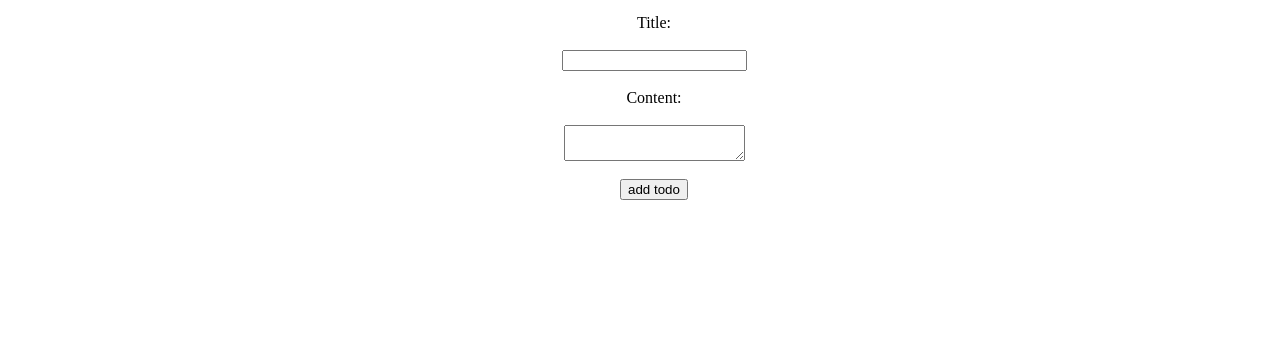
Repository: gabe126679/todo-list
Page: index.html
An editor plug-in stored every save of this project. The page is shown before and after the next save, followed by the edit.
The browser window is 1280 px wide. The page is 1288 px wide, so the pictures cover 1288 px, including what lies to the right of the window. The pictures show the whole page.

Above is the page before, as saved 2022-03-15 15:43:54.

### index.html
<html>
    <body>
        <div class="container">
            <form id="todo-form">
                <label for="title"> Title: </label>
                    <br>
                    <br>
                <input id="title">
                    <br>
                    <br>
                <label for="content"> Content: </label>
                    <br>
                    <br>
                <textarea id="content">

                </textarea>
                    <br>
                    <br>
                <button type="submit"> add todo
                </button>
            </form>
        </div>
    </body>
    <style>
        .container {
            margin: 12px;
            padding: 2px;
            text-align: center;
            position: relatve;

            width: 100%;
        }
    </style>
</html>

After the next save:
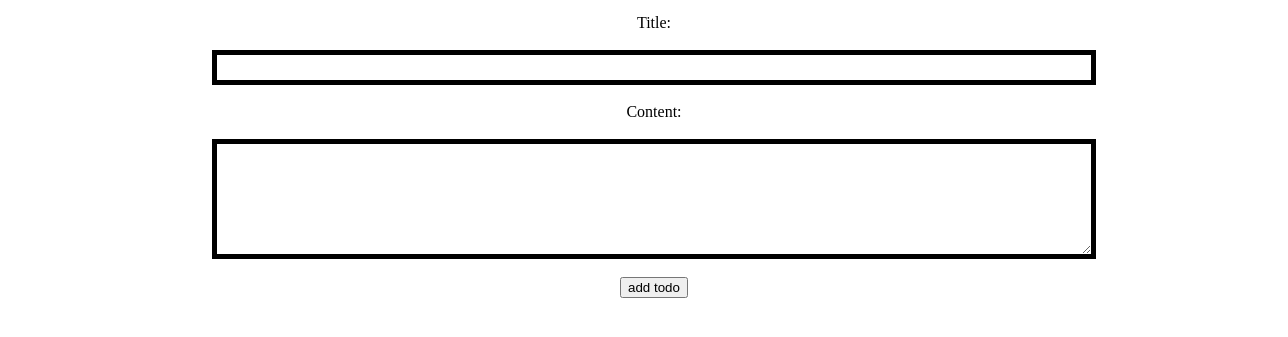
Saved 20 s later.
--- a/index.html
+++ b/index.html
@@ -27,8 +27,20 @@
             padding: 2px;
             text-align: center;
             position: relatve;
-
             width: 100%;
+        }
+        #title {
+            width: 70%;
+            border: 5px solid #000;
+            padding: 5px;
+            text-align: center;
+        }
+        #content {
+            width: 70%;
+            height: 120px;
+            border: 5px solid #000;
+            padding: 5px;
+            text-align: center;
         }
     </style>
 </html>

After the save that followed:
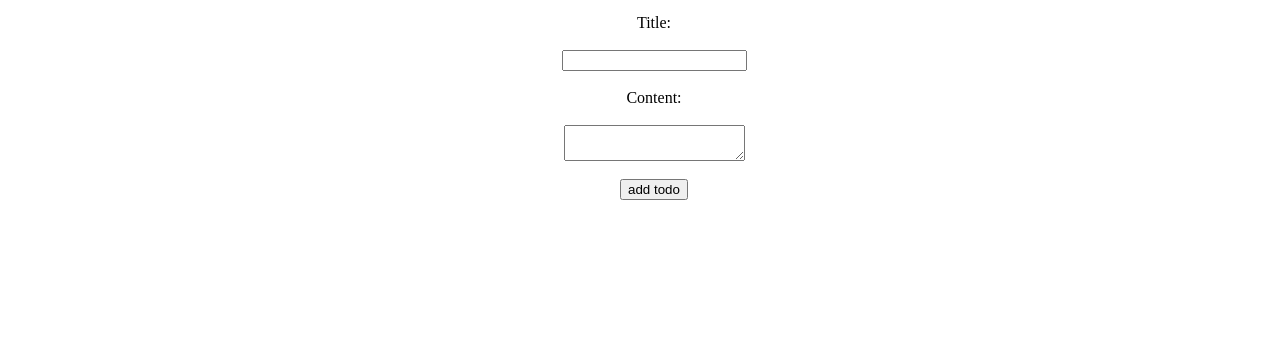
Saved 5 s later.
--- a/index.html
+++ b/index.html
@@ -29,18 +29,6 @@
             position: relatve;
             width: 100%;
         }
-        #title {
-            width: 70%;
-            border: 5px solid #000;
-            padding: 5px;
-            text-align: center;
-        }
-        #content {
-            width: 70%;
-            height: 120px;
-            border: 5px solid #000;
-            padding: 5px;
-            text-align: center;
-        }
+
     </style>
 </html>
